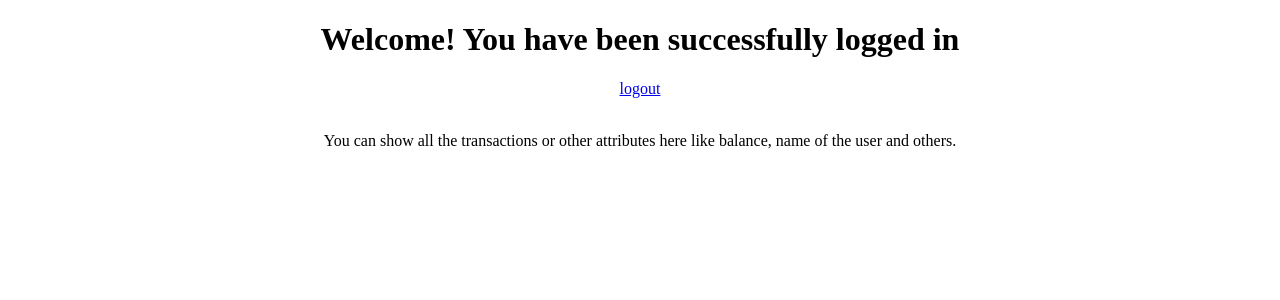
Repository: OmerMohammed123/datebase_project1
Page: http://localhost/database/activitypage.jsp
These files come from the project's save history. The page is drawn as it stood at one moment and after the next save; the edit follows.
The browser window is 1280 px wide. The pictures show the whole page.
The page is served by Tomcat 9. Other server files are loaded and not shown.

Above is the page before, as saved 2023-10-26 02:36:33.

### database/WebContent/activitypage.jsp
<%@ page language="java" contentType="text/html; charset=ISO-8859-1"
    pageEncoding="ISO-8859-1"%>
<%@ taglib uri="http://java.sun.com/jsp/jstl/core" prefix="c" %>

<!DOCTYPE html>
<html>
<head>
<meta charset="ISO-8859-1">
<title>Activity page</title>
</head>

<center><h1>Welcome! You have been successfully logged in</h1> </center>


	<body>
	 <center>
		 <a href="login.jsp"target ="_self" > logout</a><br><br>
		 <p> You can show all the transactions or other attributes here like balance, name of the user and others.</p>
		 </center>
	</body>
</html>

After the next save:
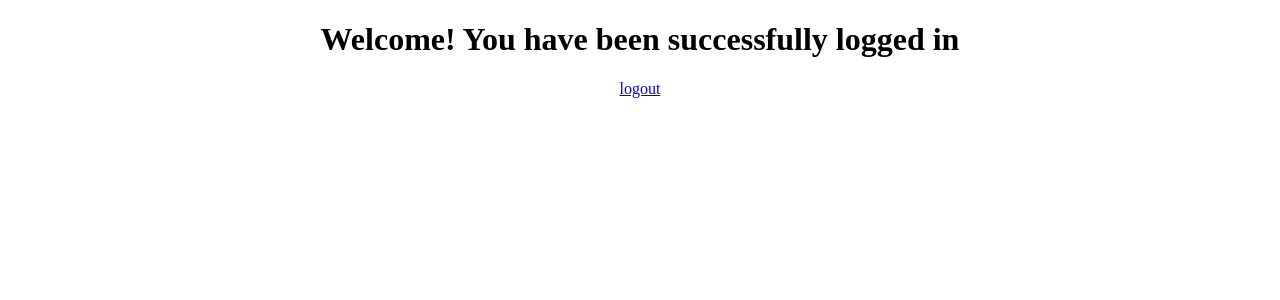
Saved 7 min 37 s later.
--- a/database/WebContent/activitypage.jsp
+++ b/database/WebContent/activitypage.jsp
@@ -15,7 +15,6 @@
 	<body>
 	 <center>
 		 <a href="login.jsp"target ="_self" > logout</a><br><br>
-		 <p> You can show all the transactions or other attributes here like balance, name of the user and others.</p>
 		 </center>
 	</body>
 </html>
